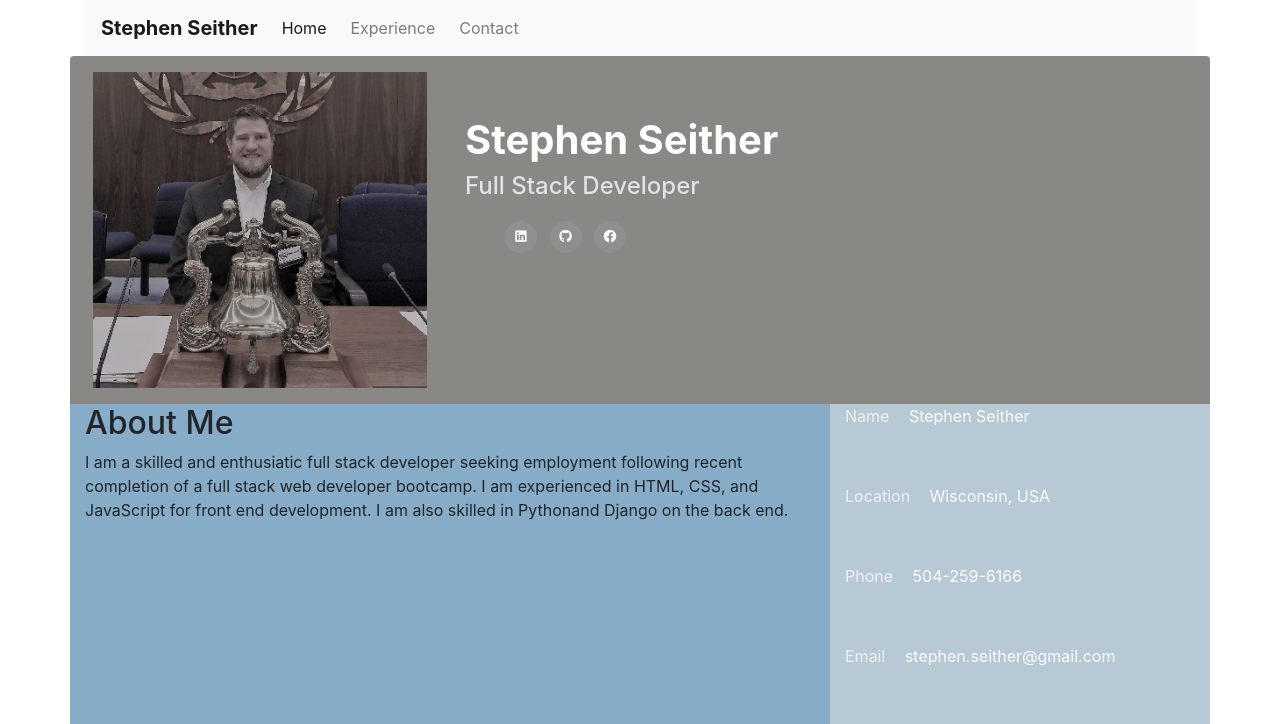
Repository: stephenseither/First-Milestone-Project
Page: index.html
The author's editor kept a record of every edit. The page is drawn from the files as they stood at one moment, then again after the next edit.
The browser window is 1280 px wide. The pictures show the whole page.
Some web libraries are served in a nearby version.

Above is the page before.

### index.html
<!DOCTYPE html>
<html lang="en">

<head>
    <meta charset="UTF-8">
    <meta name="viewport" content="width=device-width, initial-scale=1.0">
    <meta http-equiv="X-UA-Compatible" content="ie=edge">
    <link rel="stylesheet" href="https://stackpath.bootstrapcdn.com/bootstrap/4.3.1/css/bootstrap.min.css" integrity="sha384-ggOyR0iXCbMQv3Xipma34MD+dH/1fQ784/j6cY/iJTQUOhcWr7x9JvoRxT2MZw1T" crossorigin="anonymous">
    <link rel="stylesheet" href="https://use.fontawesome.com/releases/v5.10.2/css/all.css" integrity="sha384-rtJEYb85SiYWgfpCr0jn174XgJTn4rptSOQsMroFBPQSGLdOC5IbubP6lJ35qoM9" crossorigin="anonymous">
    <link rel="stylesheet" href="assets/css/style.css" type="text/css" />
    <title>Document</title>
</head>

<body>
    <div class="container">
        <nav class="navbar navbar-light bg-light navbar-expand-sm no-gutters">
            <a href="index.html" class="navbar-brand font-weight-bold">Stephen Seither</a>

            <button class="navbar-toggler ml-auto" type="button" data-toggle="collapse" data-target="#navbarNavDropdown" aria-controls="navbarNavDropdown" aria-expanded="false" aria-label="Toggle navigation">
            <span class="navbar-toggler-icon"></span></button>

            <div class="collapse navbar-collapse" id="navbarNavDropdown">
                <ul class="navbar-nav mr-auto">
                    <li class="active nav-item mr-2"><a class="nav-link" href="index.html">Home</a></li>
                    <li class="nav-item mr-2"><a class="nav-link" href="experience.html">Experience</a></li>
                    <li class="nav-item mr-2"><a class="nav-link" href="contact.html">Contact</a></li>
                </ul>
            </div>
        </nav>


        <div class="row bg-header rounded-top">
            <div class="col-sm-4 photo">
                <img src="assets/images/stephen-1.jpg" alt="stephen" class="img-fluid img-responsive py-3 px-2" />
            </div>
            <div class="col-sm-8 heading">
                <div class="row">
                    <div class="col">
                        <h1 class="name font-weight-bold">Stephen Seither</h3>
                            <h4 class="title">Full Stack Developer</h4>
                    </div>
                </div>
                <div class="row">
                    <div class="col">
                        <ul class="list-inline social-links">
                            <li class="list-inline-item">
                                <a href="https://www.linkedin.com/in/stephen-seither-254ba7b7" target="_blank">
                                <i class="fab fa-linkedin" aria-hidden="true"></i>
                                <span class="sr-only">LinkedIn</span>
                                </a>
                            </li>
                            <li class="list-inline-item">
                                <a href="https://github.com/stephenseither" target="_blank">
                                    <i class="fab fa-github" aria-hidden="true"></i>
                                    <span class="sr-only">GitHub</span>
                                </a>
                            </li>
                            <li class="list-inline-item">
                                <a href="https://www.facebook.com/stephen.seither" target="_blank">
                                    <i class="fab fa-facebook" aria-hidden="true"></i>
                                    <span class="sr-only">Facebook</span>
                                </a>
                            </li>
                        </ul>
                    </div>
                </div>
            </div>
        </div>
    </div>

    <section class="container">
        <div class="row">
            <div class="col-md-8 about-me">
                <h2>About Me</h2>
                <p>I am a skilled and enthusiatic full stack developer seeking employment following recent completion of a full stack web developer bootcamp. I am experienced in HTML, CSS, and JavaScript for front end development. I am also skilled in Pythonand Django on the back end. </p>
            </div>
            <div class="col-md-4 contact-info">
                <div class="personal-info-item">
                    <div class="title">
                        <p class="uppercase">
                            Name
                        </p>
                    </div>
                    <div class="value">
                        <p>
                            Stephen Seither
                        </p>
                    </div>
                </div>
                <div class="personal-info-item">
                    <div class="title">
                        <p class="uppercase">
                            Location
                        </p>
                    </div>
                    <div class="value">
                        <p>
                            Wisconsin, USA
                        </p>
                    </div>
                </div>
                <div class="personal-info-item">
                    <div class="title">
                        <p class="uppercase">
                            Phone
                        </p>
                    </div>
                    <div class="value">
                        <p>
                            504-259-6166
                        </p>
                    </div>
                </div>
                <div class="personal-info-item">
                    <div class="title">
                        <p class="uppercase">
                            Email
                        </p>
                    </div>
                    <div class="value">
                        <p>
                            stephen.seither@gmail.com
                        </p>
                    </div>
                </div>
            </div>
        </div>
    </section>
    <script src="https://code.jquery.com/jquery-3.3.1.slim.min.js" integrity="sha384-q8i/X+965DzO0rT7abK41JStQIAqVgRVzpbzo5smXKp4YfRvH+8abtTE1Pi6jizo" crossorigin="anonymous"></script>
    <script src="https://cdnjs.cloudflare.com/ajax/libs/popper.js/1.14.3/umd/popper.min.js" integrity="sha384-ZMP7rVo3mIykV+2+9J3UJ46jBk0WLaUAdn689aCwoqbBJiSnjAK/l8WvCWPIPm49" crossorigin="anonymous"></script>
    <script src="https://stackpath.bootstrapcdn.com/bootstrap/4.1.3/js/bootstrap.min.js" integrity="sha384-ChfqqxuZUCnJSK3+MXmPNIyE6ZbWh2IMqE241rYiqJxyMiZ6OW/JmZQ5stwEULTy" crossorigin="anonymous"></script>
</body>

</html>

### assets/css/style.css
/*---------------------------BG Colors---------------------- */

.bg-header {
    background-color: #8a8884;
}

.about-me {
background-color: #87acc7;
}

.contact-info {
    background-color: #7395ae;
    opacity: 0.5;
    transition: opacity .5s ease-out, font-weight .25s ease-in-out;
    -moz-transition: opacity .5s ease-out, font-weight .25s ease-in-out;
    -webkit-transition: opacity .5s ease-out, font-weight .25s ease-in-out;
    color: #fafafa;
    font-weight: normal;
}

.contact-info:hover {
    opacity: 1.2;
    font-weight: bold;
}


/*---------------------------Header---------------------- */

.name {
    margin-top: 60px;
    color: #fff;
}

.title {
    color: #e3e1e1;
    margin-bottom: 20px;
}

.social-links {
    margin-left: 40px;
}

.social-links li a i {
    width: 32px;
    height: 32px;
    padding: 12px 2px;
    border-radius: 50%;
    font-size: 13px;
    line-height: 7px;
    text-align: center;
    color: #fafafa;
    background: #8f8f8f;
    transition: all 0.35s ease-in-out, ;
    -moz-transition: all 0.35s ease-in-out;
    -webkit-transition: all 0.35s ease-in-out;
    -o-transition: all 0.35s ease-in-out;
}

.social-links li a i:hover {
    background-color: #b8784b;
    transform: scale(1.5);
    -webkit-transform: scale(1.5);
    -moz-transform: scale(1.5);
    -o-transform: scale(1.5);
}

/*---------------------------Contact Info---------------------- */

.personal-info-item {
    margin-bottom: 20px;
    display: block;
    clear: both;
}

.personal-info-item .title,
.personal-info-item .value {
    display: inline-block;
    padding-right: 15px;
}

After the next edit:
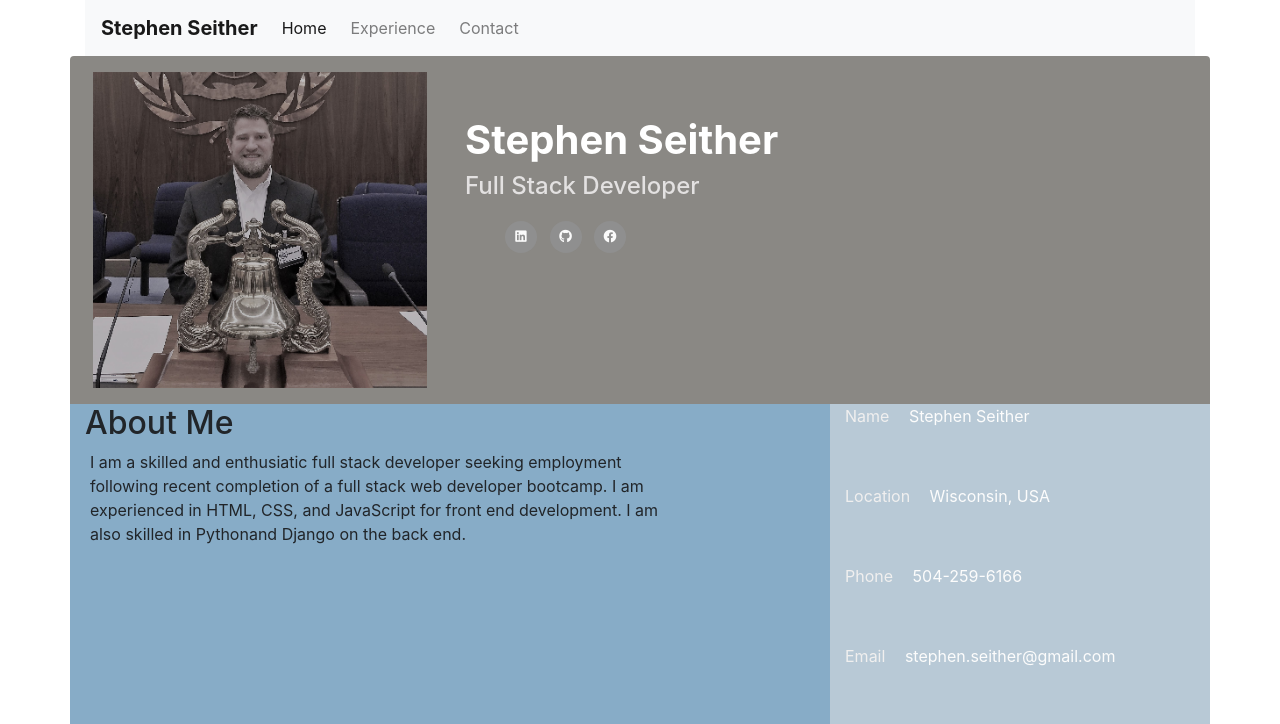
The edit:
--- a/assets/css/style.css
+++ b/assets/css/style.css
@@ -64,6 +64,14 @@
     -o-transform: scale(1.5);
 }
 
+
+/*---------------------------About Me---------------------- */
+
+.about-me p {
+    width: 80%;
+    margin-left: 5px;
+}
+
 /*---------------------------Contact Info---------------------- */
 
 .personal-info-item {
